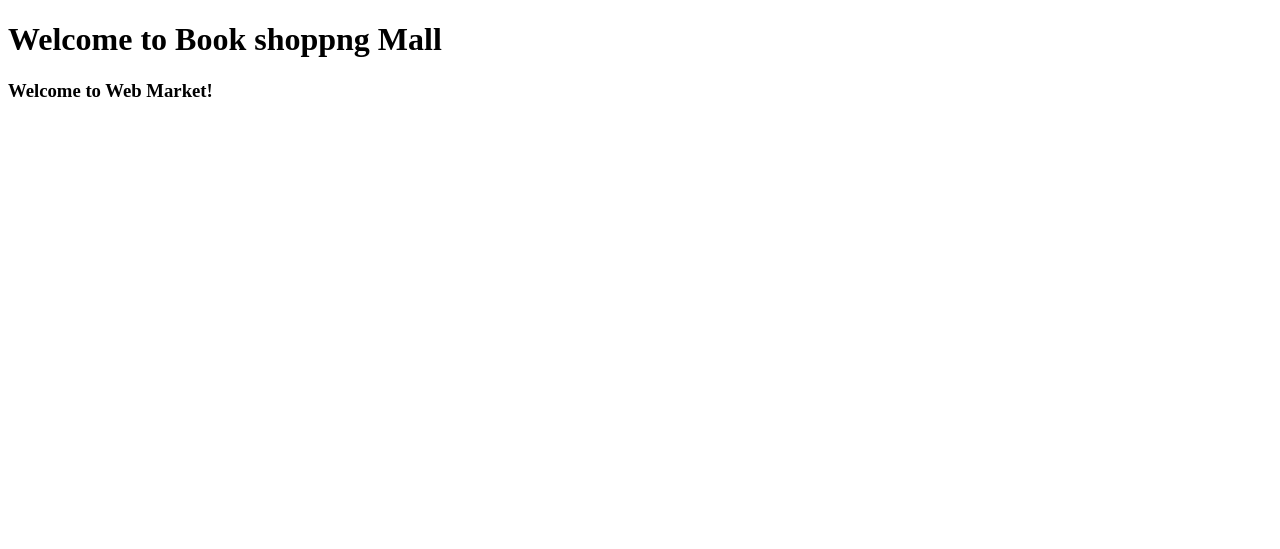
Repository: penguinjava/JSPBook
Page: http://localhost/JSPBook/welcome.jsp
An editor plug-in stored every save of this project. The page is shown before and after the next save, followed by the edit.
The browser window is 1280 px wide. The pictures show the whole page.
The page is served by Tomcat 9. Other server files are loaded and not shown.

Above is the page before, as saved 2024-10-30 15:44:18.

### JSPBook/src/main/webapp/welcome.jsp
<%@ page language="java" contentType="text/html; charset=UTF-8"
    pageEncoding="UTF-8"%>
<!DOCTYPE html>
<html>
<head>
<meta charset="UTF-8">
<title>Welcome</title>
</head>
<body>
	<%! String greeting = "Welcome to Book shoppng Mall";
		String tagline = "Welcome to Web Market!";
	%>

	<h1><%=greeting %></h1>
	<h3><%=tagline %></h3>
</body>
</html>

After the next save:
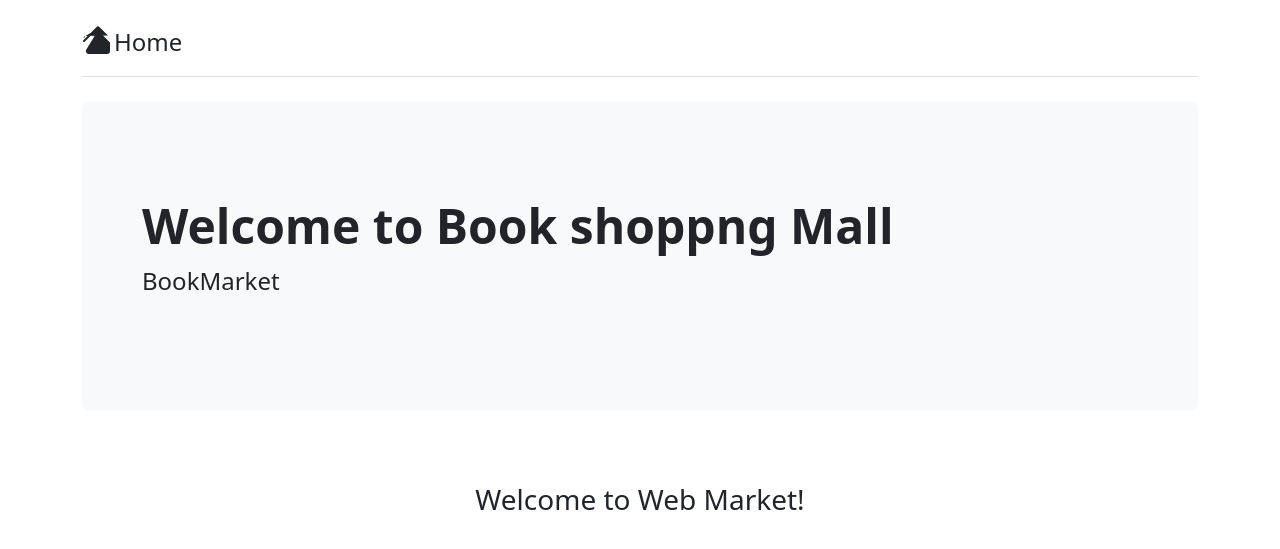
Saved 19 min 20 s later.
--- a/JSPBook/src/main/webapp/welcome.jsp
+++ b/JSPBook/src/main/webapp/welcome.jsp
@@ -3,15 +3,41 @@
 <!DOCTYPE html>
 <html>
 <head>
+<link href="https://cdn.jsdelivr.net/npm/bootstrap@5.3.3/dist/css/bootstrap.min.css" rel="stylesheet" integrity="sha384-QWTKZyjpPEjISv5WaRU9OFeRpok6YctnYmDr5pNlyT2bRjXh0JMhjY6hW+ALEwIH" crossorigin="anonymous">
 <meta charset="UTF-8">
 <title>Welcome</title>
 </head>
 <body>
+	<div class="container py-4">
+	<header class= "pb-3 mb-4 border-bottom">
+	<a href="./welcome.jsp" class="d-flex align-iems-center text-dark
+	text-decoration-none">
+	<svg width="32" height="32" fill="currentColor" class="bi bi-house-fill" viewBox="0 0 16 16">
+	<path d="M8.707 1.5a1 1 0 0 0-1.414 0L.646 8.146a.5.5 0 0 0 .708.708L8
+	2.20716 .646 6.647a.5.5 0 0 0 .708-.708L13 5.793.V2.5a.5.5 0 0 0-.5-.5h-
+	1a.5.5 0 0 0-.5.5v1.293L8.707 1.5Z"/>
+	<path d="m8 3.293 6 6V13.5a1.5 1.5 0 0 1-1.5 1.5h-9A1.5 1.5 0 0 1 2
+	13 .5V9.293l6-6Z"/>
+	</svg>
+		<span class="fs-4">Home</span>
+	</a>
+	</header>
 	<%! String greeting = "Welcome to Book shoppng Mall";
 		String tagline = "Welcome to Web Market!";
 	%>
-
-	<h1><%=greeting %></h1>
-	<h3><%=tagline %></h3>
+	<div class="p-5 mb-4 bg-body-tertiary rounded-3">
+	<div class="container-fluid py-5">
+	<h1 class="display-5 fw-bold"><%=greeting %></h1>
+	<p class="col-md-8 fs-4">BookMarket</p>
+	</div>
+	</div>
+	<div class="row align-items-md-stretch	text-center">
+	<div class="col-md-12">
+	<div class="h-100 p-5">
+		<h3><%=tagline %></h3>
+	</div>
+	</div>
+	</div>
+	</div>
 </body>
 </html>
